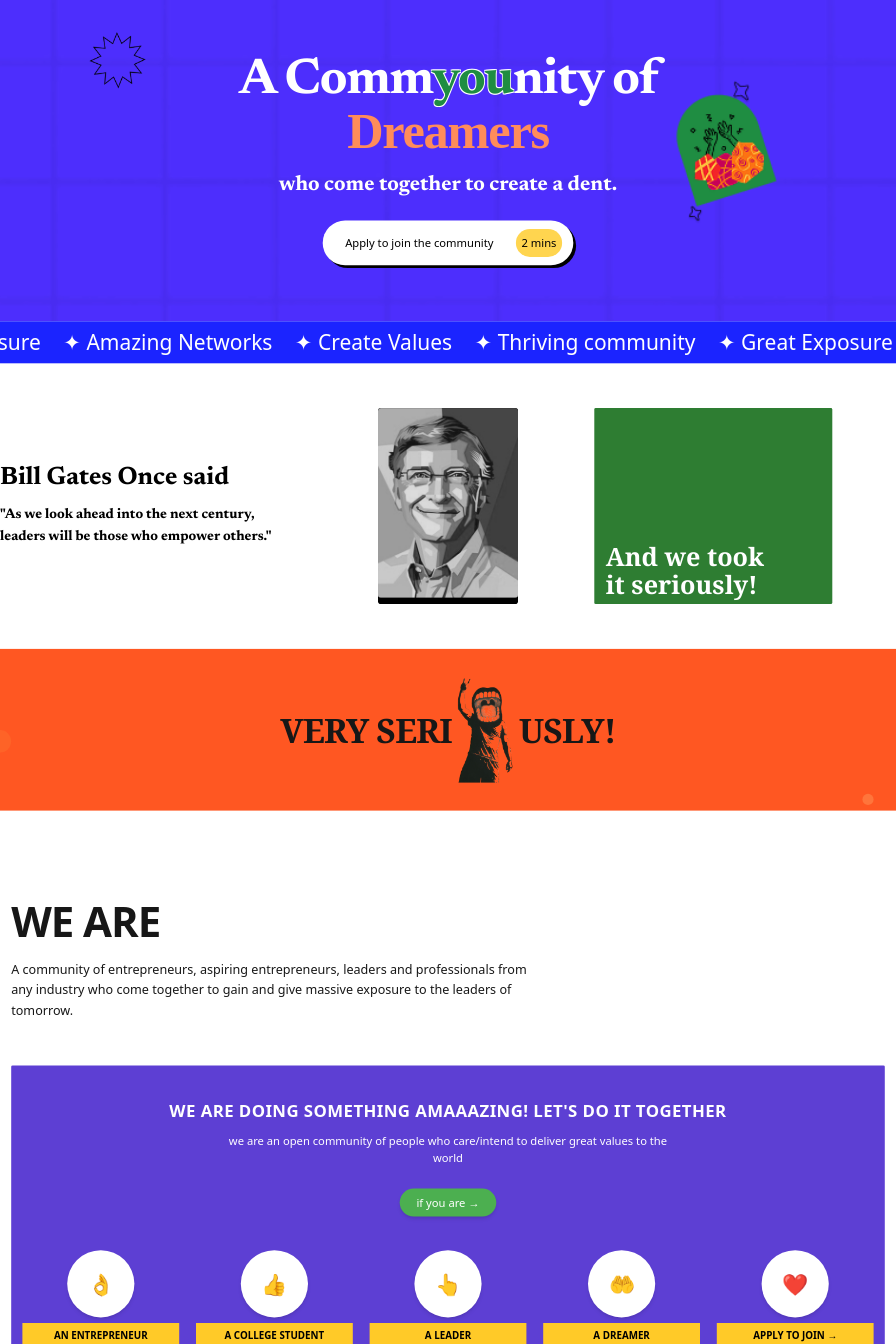
Repository: as-avni/dreamersite
Page: /
The author's editor kept a copy of each file at every save. The page is drawn from the files as they stood at one save, then again after the next save.
The browser window is 1280 px wide. The pictures show the part of the page from y = 0 to 1920 px (the page is 2695 px tall), at 70% of full size.
Some web fonts or font styles are not loaded; a fallback is used. The project was rebuilt for these pictures with package versions that can differ from the ones it lists, and the page was loaded fresh each time. Some packages were replaced by stand-ins written for this rebuild. The framework's server and built-in components were replaced by stand-ins that run in the browser. Also part of the build but not shown: next.config.ts.

Above is the page before, as saved 2025-03-21 04:56:34.

### src/app/page.tsx
import Hero from "@/components/hero"
import MovingBanner from "@/components/banner"
import BillGatesSection from "@/components/bill-gates"
import AmazingSection from "@/components/amazing"
import QuickFormSection from "@/components/form"

export default function Home() {
  return (
    <main className="min-h-screen bg-white font-sans antialiased">
      <Hero />
      <MovingBanner />
      <BillGatesSection />
      <AmazingSection />
      <QuickFormSection />
    </main>
  )
}

### src/app/globals.css
@import url('https://fonts.googleapis.com/css2?family=Anek+Devanagari:wght@100..800&family=Khand:wght@300;400;500;600;700&family=Newsreader:ital,opsz,wght@0,6..72,200..800;1,6..72,200..800&family=Noto+Sans:ital,wght@0,100..900;1,100..900&family=Poppins:ital,wght@0,100;0,200;0,300;0,400;0,500;0,600;0,700;0,800;0,900;1,100;1,200;1,300;1,400;1,500;1,600;1,700;1,800;1,900&family=Rampart+One&display=swap');

@tailwind base;
@tailwind components;
@tailwind utilities;

:root {
  --background: #ffffff;
  --foreground: #171717;
}

@media (prefers-color-scheme: dark) {
  :root {
    --background: #0a0a0a;
    --foreground: #ededed;
  }
}

html,
body {
  max-width: 100vw;
  overflow-x: hidden;
}

body {
  color: var(--foreground);
  background: var(--background);
  font-family: Arial, Helvetica, sans-serif;
  -webkit-font-smoothing: antialiased;
  -moz-osx-font-smoothing: grayscale;
}

* {
  box-sizing: border-box;
  padding: 0;
  margin: 0;
}

a {
  color: inherit;
  text-decoration: none;
}

@media (prefers-color-scheme: dark) {
  html {
    color-scheme: dark;
  }
}

### src/components/hero.tsx
"use client"

import { motion } from "framer-motion"

export default function Hero() {
  return (
    <section className="relative flex flex-col items-center justify-center py-20 px-4 text-white text-center overflow-hidden bg-[url('/images/grid-bg.png')] bg-stretch">

      {/* Rotating Star Image */}
      <motion.img
        src="/images/Star.png"
        alt="Star"
        className="absolute w-20 h-20"
        style={{ top: "10%", left: "10%" }}
        // animate={{ rotate: 360 }}
        // transition={{ repeat: Infinity, duration: 10, ease: "linear" }}
      />

      {/* Static Image in a Div */}
      <div
        className="absolute w-60 h-60 bg-cover bg-center"
        style={{ top: "20%", right: "10%", backgroundImage: "url('/images/image.png')" }}
      ></div>

      <div className="relative max-w-3xl mx-auto w-full">
        <motion.h1
          className="text-5xl md:text-6xl lg:text-7xl font-newsreader font-bold mb-4 tracking-tight"
          initial={{ opacity: 0, y: 20 }}
          animate={{ opacity: 1, y: 0 }}
          transition={{ duration: 0.8 }}
        >
          A Comm<span className="text-[#1F8D42] [text-shadow:-1px_-1px_0_white,1px_-1px_0_white,-1px_1px_0_white,1px_1px_0_white]">you</span>nity of <br />
          <span className="font-rampartone text-[#FF8C5A]">Dreamers</span>
        </motion.h1>

        <motion.p
          className="text-3xl mb-8 font-bold font-newsreader"
          initial={{ opacity: 0, y: 20 }}
          animate={{ opacity: 1, y: 0 }}
          transition={{ duration: 0.8, delay: 0.2 }}
        >
          who come together to create a dent.
        </motion.p>

        <motion.div
          className="inline-flex items-center bg-white rounded-full px-2 py-1 text-black font-medium transition-all hover:bg-gray-50 shadow-[4px_4px_0px_black]"
          initial={{ opacity: 0, y: 20 }}
          animate={{ opacity: 1, y: 0 }}
          transition={{ duration: 0.8, delay: 0.4 }}
          whileHover={{ scale: 1.03 }}
        >
          <button className="bg-white text-black rounded-full px-6 py-4 font-medium transition-all hover:bg-gray-50">
            Apply to join the community
          </button>
          <span className="text-black bg-[#FFD54F] p-2 rounded-full font-medium ml-2 mr-2">2 mins</span>
        </motion.div>
      </div>
    </section>
  )
}

### src/components/banner.tsx
"use client"

import { useRef } from "react"

export default function MovingBanner() {
  const bannerItems = [
    "✦ Thriving community",
    "✦ Great Exposure",
    "✦ Amazing Networks",
    "✦ Create Values",
  ]

  return (
    <div className="bg-[#1B24FF] text-white py-3 overflow-hidden relative">
      <div className="flex whitespace-nowrap mx-auto w-max animate-scrollBanner">
        {/* Duplicate the items to ensure seamless looping */}
        {[...bannerItems,...bannerItems,...bannerItems].map((item, index) => (
          <span key={index} className="mx-4 text-3xl font-medium">
            {item}
          </span>
        ))}
      </div>

      {/* CSS Animation */}
      <style jsx>{`
        @keyframes scrollBanner {
          from {
            transform: translateX(0);
          }
          to {
            transform: translateX(-50%);
          }
        }

        .animate-scrollBanner {
          animation: scrollBanner 20s linear infinite;
        }
      `}</style>
    </div>
  )
}

### src/components/bill-gates.tsx
"use client"

import Image from "next/image"
import { motion } from "framer-motion"

export default function BillGatesSection() {
return (
    <section className=" py-16 px-4 md:px-0 lg:px-0 max-w-7xl mx-auto w-full">
        <div className="grid grid-cols-1 md:grid-cols-3 items-center">
            {/* Quote Text Section */}
            <motion.div
                className="col-span-1 flex flex-col justify-center"
                initial={{ opacity: 0, x: -20 }}
                whileInView={{ opacity: 1, x: 0 }}
                transition={{ duration: 0.6 }}
                viewport={{ once: true }}
            >
                <h2 className="px-0 text-4xl font-bold mb-4 text-black font-newsreader">Bill Gates Once said</h2>
                <p className="text-xl leading-relaxed font-bold text-black font-newsreader">
                &quot;As we look ahead into the next century, leaders will be those who empower others.&quot;
                </p>
            </motion.div>

            {/* Bill Gates Image */}
            <motion.div
                className="col-span-1 flex justify-center items-center"
                initial={{ opacity: 0, y: 20 }}
                whileInView={{ opacity: 1, y: 0 }}
                transition={{ duration: 0.6, delay: 0.2 }}
                viewport={{ once: true }}
            >
                <div className="relative w-[200px] h-[280px] bg-black rounded overflow-hidden">
                    <Image
                        src="/images/bill.jpg"
                        width={200}
                        height={200}
                        alt="Bill Gates"
                        className="rounded object-cover"
                    />
                </div>
            </motion.div>

            {/* Green Box Section */}
            <motion.div
                className="h-[280px] w-[340px] right-1 col-span-1 bg-[#2E7D32] flex flex-col p-6 text-white rounded-sm relative"
                initial={{ opacity: 0, x: 20 }}
                whileInView={{ opacity: 1, x: 0 }}
                transition={{ duration: 0.6, delay: 0.4 }}
                viewport={{ once: true }}>
                <p className="absolute bottom-12 left-4 text-4xl font-serif font-bold">
                    And we took
                </p>
                <p className="absolute bottom-2 left-4 text-4xl font-bold font-serif">
                    it seriously!
                </p>
            </motion.div>

        </div>

        {/* Orange Section */}
        <motion.div
            className="mt-16 bg-[#FF5722] py-10 px-4 flex items-center justify-center relative overflow-hidden"
            initial={{ opacity: 0, y: 20 }}
            whileInView={{ opacity: 1, y: 0 }}
            transition={{ duration: 0.6, delay: 0.6 }}
            viewport={{ once: true }}
        >
            <div className="flex items-center justify-center space-x-2 ">
                <h2 className="text-4xl md:text-5xl font-black tracking-tight font-serif">VERY SERI</h2>
                <Image
                    src="/images/seriously.png"
                    width={80}
                    height={100}
                    alt="Serious Photo"
                    className="object-contain"
                />
                <h2 className="text-4xl md:text-5xl font-black tracking-tight font-serif">USLY!</h2>
            </div>

            {/* Decorative elements */}
            <div className="absolute -left-4 top-1/2 w-8 h-8 bg-orange-400 rounded-full opacity-20"></div>
            <div className="absolute right-8 bottom-2 w-4 h-4 bg-orange-300 rounded-full opacity-30"></div>
        </motion.div>
    </section>
)
}

### src/components/amazing.tsx
"use client"

import { motion } from "framer-motion"

export default function AmazingSection() {
  const containerVariants = {
    hidden: { opacity: 0 },
    visible: {
      opacity: 1,
      transition: {
        staggerChildren: 0.1,
      },
    },
  }

  const itemVariants = {
    hidden: { opacity: 0, y: 20 },
    visible: { opacity: 1, y: 0 },
  }

  return (
    <section className="py-16">
      <div className="container mx-auto px-4">
        <motion.div
          className="mb-16"
          initial={{ opacity: 0, y: 20 }}
          whileInView={{ opacity: 1, y: 0 }}
          transition={{ duration: 0.6 }}
          viewport={{ once: true }}
        >
          <h2 className="text-6xl font-bold mb-6 tracking-tight">WE ARE</h2>
          <p className="text-lg max-w-3xl leading-relaxed">
            A community of entrepreneurs, aspiring entrepreneurs, leaders and professionals from any industry who come
            together to gain and give massive exposure to the leaders of tomorrow.
          </p>
        </motion.div>

        <div className="bg-[#5D3FD3] text-white py-12 px-4 text-center rounded-sm">
          <motion.h2
            className="text-2xl font-bold mb-4 uppercase tracking-wide"
            initial={{ opacity: 0, y: 20 }}
            whileInView={{ opacity: 1, y: 0 }}
            transition={{ duration: 0.6 }}
            viewport={{ once: true }}
          >
            We are doing something amaaazing! Let's do it together
          </motion.h2>

          <motion.p
            className="mb-8 max-w-2xl mx-auto"
            initial={{ opacity: 0, y: 20 }}
            whileInView={{ opacity: 1, y: 0 }}
            transition={{ duration: 0.6, delay: 0.2 }}
            viewport={{ once: true }}
          >
            we are an open community of people who care/intend to deliver great values to the world
          </motion.p>

          <motion.button
            className="bg-[#4CAF50] text-white px-6 py-2 rounded-full mb-12 shadow-md hover:bg-[#3d9c40] transition-all"
            initial={{ opacity: 0, y: 20 }}
            whileInView={{ opacity: 1, y: 0 }}
            transition={{ duration: 0.6, delay: 0.4 }}
            viewport={{ once: true }}
            whileHover={{ scale: 1.05 }}
            whileTap={{ scale: 0.95 }}
          >
            if you are →
          </motion.button>

          <motion.div
            className="grid grid-cols-1 md:grid-cols-5 gap-6"
            variants={containerVariants}
            initial="hidden"
            whileInView="visible"
            viewport={{ once: true }}
          >
            <CategoryCard icon="👌" title="AN ENTREPRENEUR" />
            <CategoryCard icon="👍" title="A COLLEGE STUDENT" />
            <CategoryCard icon="👆" title="A LEADER" />
            <CategoryCard icon="🤲" title="A DREAMER" />

            <motion.div className="flex flex-col items-center" variants={itemVariants}>
              <div className="w-24 h-24 rounded-full bg-white mb-2 flex items-center justify-center shadow-md">
                <span className="text-3xl">❤️</span>
              </div>
              <div className="bg-[#FFCA28] py-2 px-4 text-center w-full text-black font-medium hover:bg-[#FFB300] transition-colors cursor-pointer">
                <p className="font-bold text-sm">APPLY TO JOIN →</p>
              </div>
            </motion.div>
          </motion.div>
        </div>

        <motion.div
          className="mt-6 bg-[#FFCA28] p-4 rounded-sm"
          initial={{ opacity: 0, y: 20 }}
          whileInView={{ opacity: 1, y: 0 }}
          transition={{ duration: 0.6, delay: 0.8 }}
          viewport={{ once: true }}
        >
          <div className="flex flex-col md:flex-row">
            <div className="md:w-1/3 mb-4 md:mb-0">
              <h3 className="font-bold text-lg">WE ARE FOR</h3>
              <p className="italic font-medium">The leaders of tomorrow.</p>
            </div>
            <div className="md:w-2/3">
              <p className="text-lg">
                Younicom Commyounity is a platform where diversity of folks come together to do crazy shit together.
              </p>
            </div>
          </div>
        </motion.div>
      </div>
    </section>
  )
}

function CategoryCard({ icon, title }: { icon: string; title: string }) {
  const itemVariants = {
    hidden: { opacity: 0, y: 20 },
    visible: { opacity: 1, y: 0 },
  }

  return (
    <motion.div className="flex flex-col items-center" variants={itemVariants}>
      <motion.div
        className="w-24 h-24 rounded-full bg-white mb-2 flex items-center justify-center shadow-md"
        whileHover={{ scale: 1.05, boxShadow: "0 10px 25px -5px rgba(0, 0, 0, 0.1)" }}
      >
        <span className="text-3xl">{icon}</span>
      </motion.div>
      <div className="bg-[#FFCA28] py-2 px-4 text-center w-full text-black font-medium">
        <p className="font-bold text-sm">{title}</p>
      </div>
    </motion.div>
  )
}

### src/components/form.tsx
"use client"

import type React from "react"

import { useState } from "react"
import Link from "next/link"
import { motion } from "framer-motion"

export default function QuickFormSection() {
  const [formData, setFormData] = useState({
    firstName: "",
    lastName: "",
    contactNumber: "",
  })

  const [formStep, setFormStep] = useState(0)

  const handleChange = (e: React.ChangeEvent<HTMLInputElement>) => {
    const { name, value } = e.target
    setFormData((prev) => ({ ...prev, [name]: value }))
  }

  const handleSubmit = (e: React.FormEvent) => {
    e.preventDefault()
    setFormStep(1)
    console.log("Form submitted:", formData)
    // Handle form submission logic here
  }

  const containerVariants = {
    hidden: { opacity: 0 },
    visible: {
      opacity: 1,
      transition: {
        staggerChildren: 0.1,
      },
    },
  }

  const itemVariants = {
    hidden: { opacity: 0, y: 10 },
    visible: { opacity: 1, y: 0 },
  }

  return (
    <section className="py-16 px-4 bg-gray-50">
      <div className="container mx-auto max-w-5xl">
        <div className="grid grid-cols-1 md:grid-cols-2 gap-8 shadow-xl rounded-sm overflow-hidden">
          <motion.div
            className="bg-[#FF5722] text-white p-8"
            initial={{ opacity: 0, x: -20 }}
            whileInView={{ opacity: 1, x: 0 }}
            transition={{ duration: 0.6 }}
            viewport={{ once: true }}
          >
            <h2 className="text-2xl font-bold mb-10">Fill a quick form</h2>

            <motion.div
              className="space-y-6"
              variants={containerVariants}
              initial="hidden"
              whileInView="visible"
              viewport={{ once: true }}
            >
              <CheckItem text="Fill a quick form" active={true} />
              <CheckItem text="Mention your work profile" active={formStep >= 1} />
              <CheckItem text="Express yourself" active={formStep >= 1} />
              <CheckItem text="Submit the form" active={formStep >= 1} />
              <CheckItem text="Welcome to the team" active={formStep >= 1} />
            </motion.div>
          </motion.div>

          <motion.div
            className="bg-white p-8"
            initial={{ opacity: 0, x: 20 }}
            whileInView={{ opacity: 1, x: 0 }}
            transition={{ duration: 0.6 }}
            viewport={{ once: true }}
          >
            <h2 className="text-2xl font-bold mb-6 leading-tight">
              The easiest way to work with us is to simply tell us what you do. Yes! that's it.
            </h2>

            {formStep === 0 ? (
              <form onSubmit={handleSubmit} className="mt-8">
                <div className="grid grid-cols-1 md:grid-cols-3 gap-4 mb-4">
                  <div>
                    <label htmlFor="firstName" className="block text-sm font-medium text-gray-700 mb-1">
                      First Name
                    </label>
                    <input
                      type="text"
                      id="firstName"
                      name="firstName"
                      value={formData.firstName}
                      onChange={handleChange}
                      className="w-full p-2 border border-gray-300 rounded focus:ring-2 focus:ring-[#2E7D32] focus:border-transparent outline-none transition-all"
                      required
                    />
                  </div>

                  <div>
                    <label htmlFor="lastName" className="block text-sm font-medium text-gray-700 mb-1">
                      Last Name
                    </label>
                    <input
                      type="text"
                      id="lastName"
                      name="lastName"
                      value={formData.lastName}
                      onChange={handleChange}
                      className="w-full p-2 border border-gray-300 rounded focus:ring-2 focus:ring-[#2E7D32] focus:border-transparent outline-none transition-all"
                      required
                    />
                  </div>

                  <div>
                    <label htmlFor="contactNumber" className="block text-sm font-medium text-gray-700 mb-1">
                      Contact Number
                    </label>
                    <input
                      type="tel"
                      id="contactNumber"
                      name="contactNumber"
                      value={formData.contactNumber}
                      onChange={handleChange}
                      className="w-full p-2 border border-gray-300 rounded focus:ring-2 focus:ring-[#2E7D32] focus:border-transparent outline-none transition-all"
                      required
                    />
                  </div>
                </div>

                <div className="flex justify-end mt-8">
                  <motion.button
                    type="submit"
                    className="bg-[#2E7D32] text-white px-6 py-2 rounded shadow-md"
                    whileHover={{ scale: 1.05, backgroundColor: "#1B5E20" }}
                    whileTap={{ scale: 0.95 }}
                  >
                    NEXT →
                  </motion.button>
                </div>
              </form>
            ) : (
              <motion.div
                className="mt-8 text-center py-8"
                initial={{ opacity: 0 }}
                animate={{ opacity: 1 }}
                transition={{ duration: 0.6 }}
              >
                <h3 className="text-xl font-bold mb-4 text-[#2E7D32]">Thank you for your submission!</h3>
                <p className="mb-6">We'll be in touch with you shortly.</p>
                <button onClick={() => setFormStep(0)} className="text-[#2E7D32] underline">
                  Submit another response
                </button>
              </motion.div>
            )}

            <motion.div
              className="mt-8 bg-[#FFCA28] p-4 text-center rounded-sm"
              initial={{ opacity: 0, y: 20 }}
              whileInView={{ opacity: 1, y: 0 }}
              transition={{ duration: 0.6, delay: 0.4 }}
              viewport={{ once: true }}
              whileHover={{ scale: 1.02 }}
            >
              <Link href="#" className="font-bold text-lg inline-block">
                Let's disrupt it together →
              </Link>
            </motion.div>
          </motion.div>
        </div>
      </div>
    </section>
  )
}

function CheckItem({ text, active = false }: { text: string; active?: boolean }) {
  const itemVariants = {
    hidden: { opacity: 0, x: -10 },
    visible: { opacity: 1, x: 0 },
  }

  return (
    <motion.div className="flex items-center" variants={itemVariants}>
      <div
        className={`w-6 h-6 border border-white flex items-center justify-center mr-3 transition-all ${active ? "bg-white bg-opacity-20" : ""}`}
      >
        <span className="text-white">{active ? "✓" : ""}</span>
      </div>
      <p className={`font-medium transition-all ${active ? "text-white" : "text-white text-opacity-80"}`}>{text}</p>
    </motion.div>
  )
}

### tailwind.config.js
/** @type {import('tailwindcss').Config} */
module.exports = {
  content: [
    "./app/**/*.{js,ts,jsx,tsx,mdx}",
    "./pages/**/*.{js,ts,jsx,tsx,mdx}",
    "./components/**/*.{js,ts,jsx,tsx,mdx}",
    "./src/**/*.{js,ts,jsx,tsx,mdx}",
  ],
  theme: {
    extend: {
      fontFamily: {
        poppins: ['Poppins', 'sans-serif'],
        notosans: ['Noto Sans', 'sans-serif'],
        rampartone: ['Rampart One', 'cursive'],
        newsreader: ['Newsreader', 'serif'],
        pacifico: ['Pacifico', 'cursive'],
      },
    },
  },
  plugins: [],
}

Loaded but not shown: src/app/layout.tsx (common file)

After the next save:
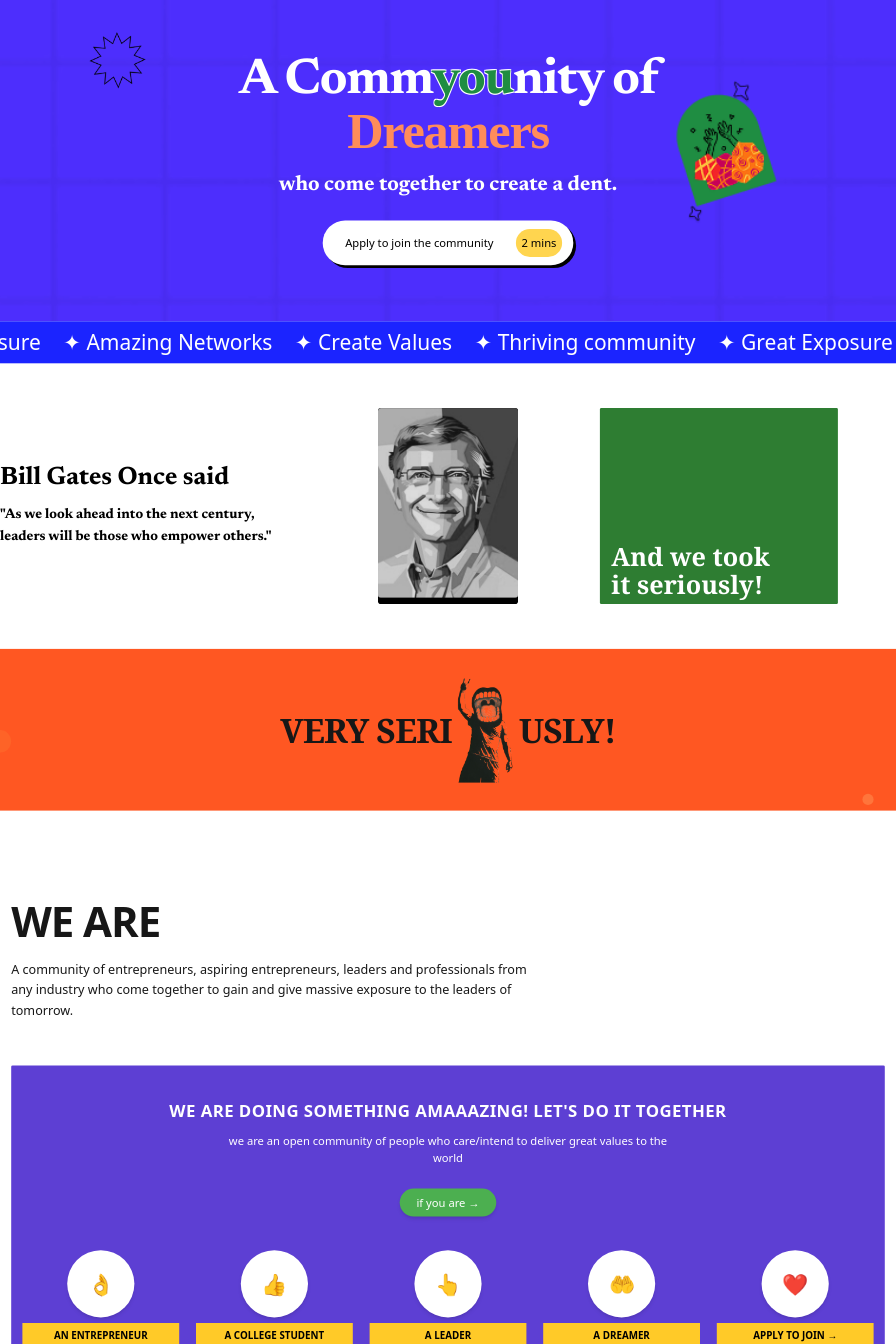
Saved 9 s later.
--- a/src/components/bill-gates.tsx
+++ b/src/components/bill-gates.tsx
@@ -42,7 +42,7 @@
 
             {/* Green Box Section */}
             <motion.div
-                className="h-[280px] w-[340px] right-1 col-span-1 bg-[#2E7D32] flex flex-col p-6 text-white rounded-sm relative"
+                className="h-[280px] w-[340px] -right-1 col-span-1 bg-[#2E7D32] flex flex-col p-6 text-white rounded-sm relative"
                 initial={{ opacity: 0, x: 20 }}
                 whileInView={{ opacity: 1, x: 0 }}
                 transition={{ duration: 0.6, delay: 0.4 }}
